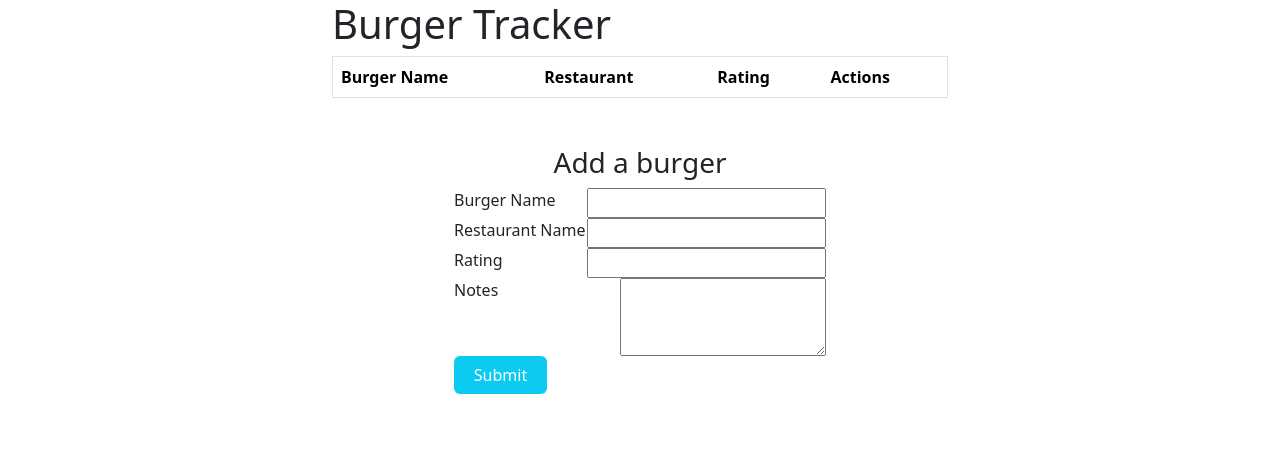
Repository: Hokusai12/Java_Dojo
Page: http://localhost/burgertracker/WEB-INF/index.jsp
These files come from the project's save history. The page is drawn as it stood at one moment and after the next save; the edit follows.
The browser window is 1280 px wide. The pictures show the whole page.
The page is served by Tomcat 9. Nobody is signed in. Other server files are loaded and not shown. The template is opened directly, without the code that normally fills it, so the values that code supplies are empty.

Above is the page before, as saved 2023-03-05 20:37:43.

### Spring/MVC/burgertracker/src/main/webapp/WEB-INF/index.jsp
<%@ page language="java" contentType="text/html; charset=ISO-8859-1"
	pageEncoding="ISO-8859-1"%>
<%@ taglib prefix="c" uri="http://java.sun.com/jsp/jstl/core"%>
<%@ taglib prefix="form" uri="http://www.springframework.org/tags/form"%>
<%@ page isErrorPage="true"%>
<!DOCTYPE html>
<html>
<head>
<meta charset="ISO-8859-1">
<link
	href="https://cdn.jsdelivr.net/npm/bootstrap@5.3.0-alpha1/dist/css/bootstrap.min.css"
	rel="stylesheet"
	integrity="sha384-GLhlTQ8iRABdZLl6O3oVMWSktQOp6b7In1Zl3/Jr59b6EGGoI1aFkw7cmDA6j6gD"
	crossorigin="anonymous">
<title>Burgerator</title>
</head>
<body>
	<div class="container col-6">
		<h1>Burger Tracker</h1>
		<table class="table border">
			<thead>
				<tr>
					<th>Burger Name</th>
					<th>Restaurant</th>
					<th>Rating</th>
					<th>Actions</th>
				</tr>
			</thead>
			<tbody>
				<c:forEach items="${burgers}" var="burger">
					<tr>
						<td>${burger.name}</td>
						<td>${burger.restaurant}</td>
						<td>${burger.rating}</td>
						<td><a href="/burgers/edit/${burger.id}">Edit</a></td>
					</tr>
				</c:forEach>
			</tbody>
		</table>
	</div>
	<div class="container mt-5 d-flex flex-column align-items-center">
		<h3>Add a burger</h3>
		<form:form class="col-4 d-flex flex-column" action="/" method="POST"
			modelAttribute="burger">
			<div class="d-flex justify-content-between">
				<form:label path="name">Burger Name</form:label>
				<form:input type="text" path="name" />
			</div>
			<form:errors class="text-danger" path="name" />
			<div class="d-flex justify-content-between">
				<form:label path="restaurant">Restaurant Name</form:label>
				<form:input type="text" path="restaurant" />
			</div>
			<form:errors class="text-danger" path="restaurant" />
			<div class="d-flex justify-content-between">
				<form:label path="rating">Rating</form:label>
				<form:input type="text" path="rating" step="0.1"/>
			</div>
			<form:errors class="text-danger" path="rating" />
			<div class="d-flex justify-content-between">
				<form:label path="notes">Notes</form:label>
				<form:textarea path="notes" id="notes" cols="20" rows="3"></form:textarea>
			</div>
			<form:errors class="text-danger" path="notes" />
			<input
				class="col-3 btn bg-info text-white <align-self-end></align-self-end>"
				type="submit" value="Submit" />
		</form:form>
	</div>
</body>
</html>

After the next save:
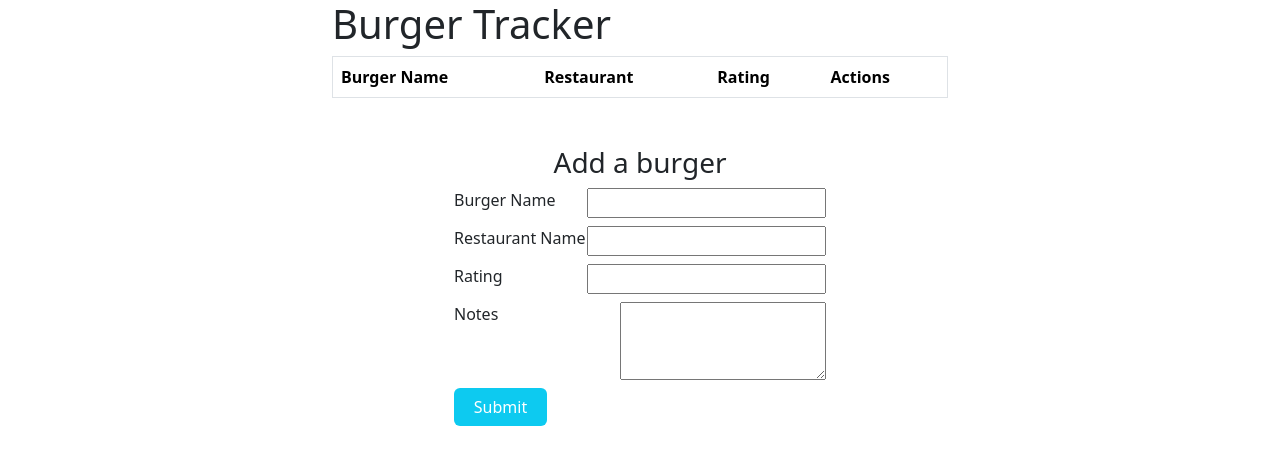
Saved 34 s later.
--- a/Spring/MVC/burgertracker/src/main/webapp/WEB-INF/index.jsp
+++ b/Spring/MVC/burgertracker/src/main/webapp/WEB-INF/index.jsp
@@ -40,7 +40,7 @@
 	</div>
 	<div class="container mt-5 d-flex flex-column align-items-center">
 		<h3>Add a burger</h3>
-		<form:form class="col-4 d-flex flex-column" action="/" method="POST"
+		<form:form class="col-4 d-flex flex-column gap-2" action="/" method="POST"
 			modelAttribute="burger">
 			<div class="d-flex justify-content-between">
 				<form:label path="name">Burger Name</form:label>
